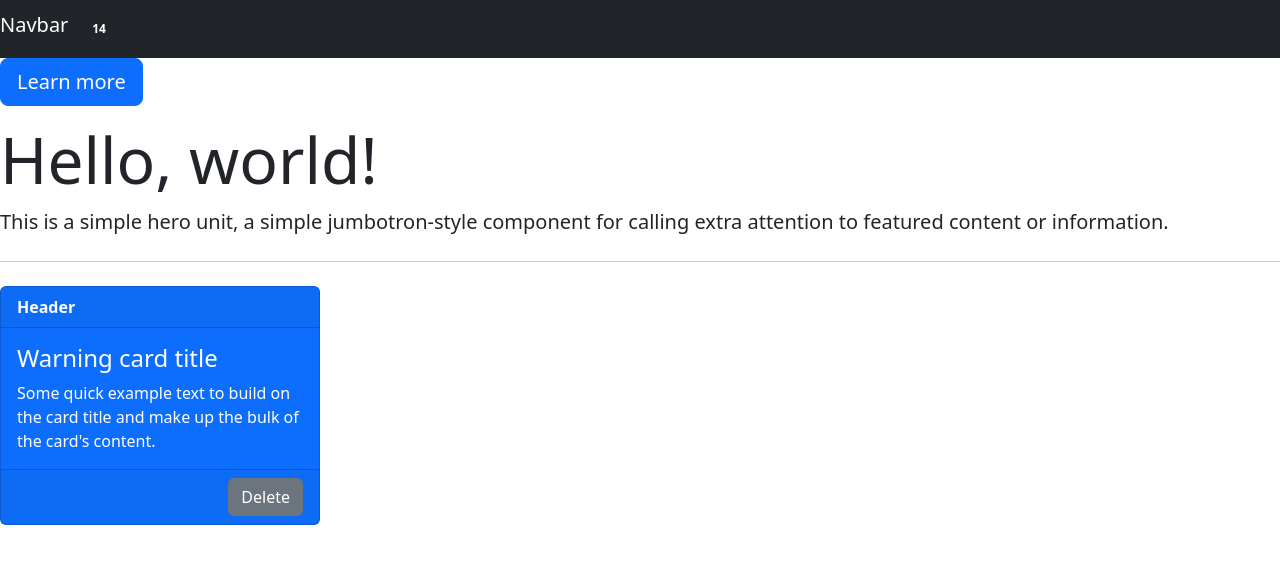
Repository: hasmelash/gitskill
Page: /
An editor plug-in stored every save of this project. The page is shown before and after the next save, followed by the edit.
The browser window is 1280 px wide. The pictures show the whole page.
The project was rebuilt for these pictures with package versions that can differ from the ones it lists, and the page was loaded fresh each time. Also part of the build but not shown: src/App.css.

Above is the page before, as saved 2019-08-29 23:37:50.

### src/App.js
import React from 'react';
import './App.css';
import Navbar from './NavBarComponent/NavBarComponent';
import Notes from './NotesComponent/NotesComponent';
import 'bootstrap/dist/css/bootstrap.min.css';
import 'bootstrap/dist/js/bootstrap.bundle.min';

;class App extends React.Component {
  render(){
      return (
          <div>
            <Navbar />
            <Notes />
          </div>
      );
   }
}

export default App;

### src/NavBarComponent/NavBarComponent.js
import React from 'react';
import NoteCounter from '../NoteCounterComponent/NoteCounterComponent';
import 'bootstrap/dist/css/bootstrap.min.css';
import 'bootstrap/dist/js/bootstrap.bundle.min';
class Navbar extends React.Component{
    render(){
        return (
            <nav class="navbar navbar-expand-lg navbar-dark bg-dark">
                <h1 class="navbar-brand" >Navbar</h1>
                <NoteCounter class="container" style={{float: 'right'}}/>
            </nav>
        );
    }
}
export default Navbar;

### src/NotesComponent/NotesComponent.js

import React from 'react';
import 'bootstrap/dist/css/bootstrap.min.css';
import 'bootstrap/dist/js/bootstrap.bundle.min';
import Note from '../NoteComponent/NoteComponent';
class Notes extends React.Component{
    render(){
        return (

            <div class="jumbotron">
                <p class="lead">
                    <button class="btn btn-primary btn-lg" href="#" >Learn more</button>
                </p>
                <h1 class="display-3">Hello, world!</h1>
                <p class="lead">This is a simple hero unit, a simple jumbotron-style component for calling extra attention to featured content or information.</p>
                <hr class="my-4"/>
                <Note />
            </div>
        );
    }
}
export default Notes;

### src/NoteCounterComponent/NoteCounterComponent.js
import React from 'react';
import 'bootstrap/dist/css/bootstrap.min.css';
import 'bootstrap/dist/js/bootstrap.bundle.min';
function NoteCounter(props){

        return (
                    <span class="badge badge-primary badge-pill">14</span>
        );

}
export default NoteCounter;

### src/NoteComponent/NoteComponent.js

import React from 'react';
import 'bootstrap/dist/css/bootstrap.min.css';
import 'bootstrap/dist/js/bootstrap.bundle.min';
class Note extends React.Component{
    render(){
        return (
            <div class="card text-white bg-primary mb-3" style={{maxWidth: '20rem'}}>
                <div class="card-header"><strong>Header</strong></div>
                    <div class="card-body">
                        <h4 class="card-title">Warning card title</h4>
                        <p class="card-text">Some quick example text to build on the card title and make up the bulk of the card's content.</p>
                    </div>
                <div class="card-footer">
                    <button type="button" class="btn btn-secondary" data-dismiss="modal" style={{float: 'right'}}>Delete</button>
                </div>
            </div>

                // <div class="modal">
                //     <div class="modal-dialog" role="document">
                //         <div class="modal-content">
                //             <div class="modal-header">
                //                 <h5 class="modal-title">Modal title</h5>
                //                 <button type="button" class="close" data-dismiss="modal" aria-label="Close">
                //                     <span aria-hidden="true">&times;</span>
                //                 </button>
                //             </div>
                //             <div class="modal-body">
                //                 <p>Modal body text goes here.</p>
                //             </div>
                //             <div class="modal-footer">
                //                 <button type="button" class="btn btn-primary">Save changes</button>
                //                 <button type="button" class="btn btn-secondary" data-dismiss="modal">Close</button>
                //             </div>
                //         </div>
                //     </div>
                // </div>

        );
    }
}
export default Note;

Loaded but not shown: public/index.html (common file); src/index.js (common file); src/index.css (common file); src/serviceWorker.js (common file)

After the next save:
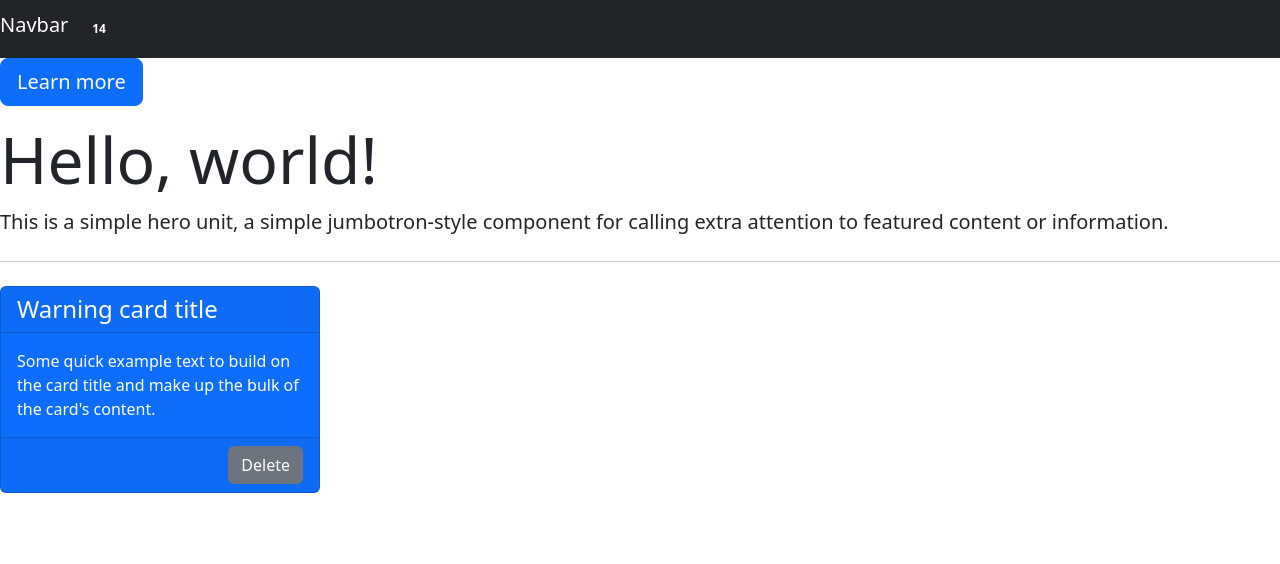
Saved 84 s later.
--- a/src/NoteComponent/NoteComponent.js
+++ b/src/NoteComponent/NoteComponent.js
@@ -6,9 +6,9 @@ class Note extends React.Component{
     render(){
         return (
             <div class="card text-white bg-primary mb-3" style={{maxWidth: '20rem'}}>
-                <div class="card-header"><strong>Header</strong></div>
+                <h4 class="card-header">Warning card title</h4>
                     <div class="card-body">
-                        <h4 class="card-title">Warning card title</h4>
+
                         <p class="card-text">Some quick example text to build on the card title and make up the bulk of the card's content.</p>
                     </div>
                 <div class="card-footer">
